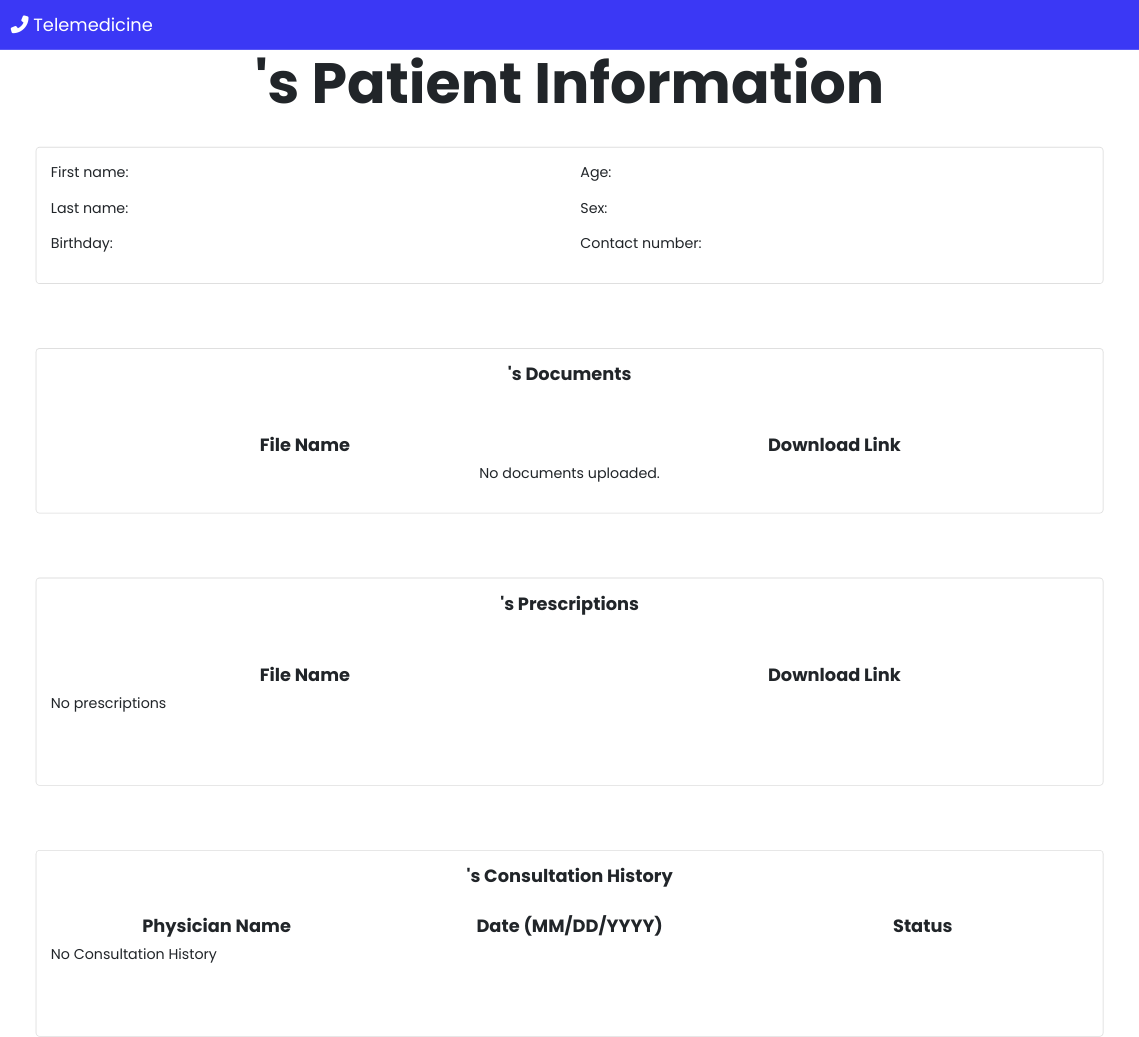
Repository: aragahan/HI-191
Page: main/templates/main/patient.html
An editor plug-in stored every save of this project. The page is shown before and after the next save, followed by the edit.
The browser window is 1280 px wide. The pictures show the whole page, at 89% of full size.
Some web libraries are served in a nearby version. The template is drawn by Django 3.2. The application's start-up code is not run. Other server files are loaded and not shown. The template is opened directly, without the code that normally fills it, so the values that code supplies are empty.

Above is the page before, as saved 2022-06-17 14:34:55.

### main/templates/main/patient.html
{% extends 'main/base.html' %}

<!DOCTYPE html>
<html lang="en" class="h-100">
    {% load crispy_forms_tags %}

<head>
    <meta charset="UTF-8">
    <meta http-equiv="X-UA-Compatible" content="IE=edge">
    <meta name="viewport" content="width=device-width, initial-scale=1.0">
    <link href="https://cdn.jsdelivr.net/npm/bootstrap@5.1.3/dist/css/bootstrap.min.css" rel="stylesheet" integrity="sha384-1BmE4kWBq78iYhFldvKuhfTAU6auU8tT94WrHftjDbrCEXSU1oBoqyl2QvZ6jIW3" crossorigin="anonymous">
    <link rel="stylesheet" href="https://cdnjs.cloudflare.com/ajax/libs/font-awesome/6.1.1/css/all.min.css" integrity="sha512-KfkfwYDsLkIlwQp6LFnl8zNdLGxu9YAA1QvwINks4PhcElQSvqcyVLLD9aMhXd13uQjoXtEKNosOWaZqXgel0g==" crossorigin="anonymous" referrerpolicy="no-referrer" />
    <title>{% block title %}{% endblock title %}</title>
</head>

<body class="h-100">
    <div class="d-flex flex-column h-100">
        {% block navbar %}
            {% include 'main/navbar.html' %}
        {% endblock navbar %}

        {% block content %}
        <div>
            <h1> {{patient.account.first_name}} {{patient.account.last_name}}'s Patient Information</h1>
            <br/>
            <div class="card rounded-3" style="width: 75rem; margin:auto;">
                <div class="card-body">
                    <div class="row">
                        <div class="col">
                            <p>First name: {{patient.account.first_name}}</p>
                        </div>

                        <div class="col">
                            <p>Age: {{patient.account.age}}</p>
                        </div>
                    </div>

                    <div class="row">
                        <div class="col">
                            <p>Last name: {{patient.account.last_name}}</p>
                        </div>

                        <div class="col">
                            <p>Sex: {{patient.account.sex}}</p>
                        </div>
                    </div>

                    <div class="row">
                        <div class="col">
                            <p>Birthday: {{patient.account.birthdate}}</p>
                        </div>

                        <div class="col">
                            <p>Contact number: {{patient.account.contact_number}}</p>
                        </div>
                    </div>
                </div>
            </div>
        </div>

        <br/>
        <br/>
        <br/>
        <div class="card rounded-3" style="width: 75rem; margin:auto;">
            <div class="card-body">
                <h5 style="text-align:center;"><b>{{patient.account.first_name}} {{patient.account.last_name}}'s Documents</b></h5>
                <br/>
                <br/>
                <div class = "row" style="text-align:center;">
                    <div class = "col">
                        <h5><b>File Name</b></h5>
                    </div>
                    <div class = "col">
                        <h5><b>Download Link</b></h5>
                    </div>
                </div>
                    {% for d in patient.documents.all %}
                    <div class = "row" style="text-align:center;">
                        <div class="col">
                            <p>{{d.file}}</p>
                        </div>
                        <div class="col">
                            <a href="{{d.file.url}}" target="_blank">Download document</a>
                        </div>
                    </div>

                    {% empty %}
                        <p style="text-align: center;"> No documents uploaded.</p>
                    {% endfor %}
            </div>
        </div>
        <br/>
        <br/>
        <br/>

        <div class="card rounded-3" style="width: 75rem; margin:auto;">
            <div class="card-body">
                <h5 style="text-align:center;"><b>{{patient.account.first_name}} {{patient.account.last_name}}'s Prescriptions</b></h5>
                <br/>
                <br/>
                <div class = "row" style="text-align:center;">
                    <div class = "col">
                        <h5><b>File Name</b></h5>
                    </div>
                    <div class = "col">
                        <h5><b>Download Link</b></h5>
                    </div>
                </div>
                    {% for p in patient.prescription.all %}
                    <div class = "row" style="text-align:center;">
                        <div class="col">
                            <p>{{p.file}}</p>
                        </div>
                        <div class="col">
                            <a href="{{p.file.url}}" target="_blank">Download prescription</a>
                        </div>
                    </div>

                    {% empty %}
                        <p> No prescriptions </p>
                    {% endfor %}
                    <br/>
                    <br/>
                {% if profile.role == "PH" %}
                    <h6> Upload Prescription </h6>
                    <form method = "POST" action = "" enctype="multipart/form-data">
                        {% csrf_token %}
                        <p> {{pform.file | as_crispy_field}} </p>
                        <input type = "Submit" value="Submit" name="pform">
                    </form>
                {% endif %}
            </div>
        </div>

        <br/>
        <br/>
        <br/>
        <div class="card rounded-3" style="width: 75rem; margin:auto;">
            <div class="card-body">
                <h5 style="text-align:center;"><b>{{patient.account.first_name}} {{patient.account.last_name}}'s Consultation History</b></h5>
                <br/>
                <div class="row" style="text-align:center;">
                    <div class="col">
                        <h5><b>Physician Name</b></h5>
                    </div>
                    <div class="col">
                        <h5><b>Date (MM/DD/YYYY)</b></h5>
                    </div>
                    <div class="col">
                        <h5><b>Status</b></h5>
                    </div>
                </div>

                {% for cr in patient.PCR.all %}
                    <div class = "row" style="text-align:center;">
                        <div class = "col">
                            {{cr.physician}}
                        </div>
                        <div class = "col">
                            {{cr.date}}
                        </div>
                         {% if cr.status == "DN" %}
                        <div class = "col">
                            <p>Done</p>
                        </div>
                        {% else %}
                        <div class = "col">
                            <p>Upcoming</p>
                        </div>
                        {% endif %}
                    </div>

                {% empty %}
                    <p> No Consultation History </p>
                {% endfor %}
                <br/>
                <br/>
                {% if profile.role == "PH" %}
                    <h6> <b> Add Consultation History </b> </h6>
                    <p>Please enter a date in the MM/DD/YYYY format.</p>
                    <form method = "POST" action = "">
                        {% csrf_token %}
                        <p>{{pcr.date | as_crispy_field}}</p>
                        <p>{{pcr.status | as_crispy_field}}</p>
                        <input type="Submit" value="Submit" name="pcr">
                    </form>
                {% endif %}
            </div>
        </div>

        {% endblock content %}
    </div>
</body>
</html>

### main/templates/main/base.html
{% load static %}
<!DOCTYPE html>
<html lang="en" class="h-100">
<head>
    <meta charset="UTF-8">
    <meta http-equiv="X-UA-Compatible" content="IE=edge">
    <meta name="viewport" content="width=device-width, initial-scale=1.0">
    <link href="https://cdn.jsdelivr.net/npm/bootstrap@5.1.3/dist/css/bootstrap.min.css" rel="stylesheet" integrity="sha384-1BmE4kWBq78iYhFldvKuhfTAU6auU8tT94WrHftjDbrCEXSU1oBoqyl2QvZ6jIW3" crossorigin="anonymous">
    <link rel="stylesheet" href="https://cdnjs.cloudflare.com/ajax/libs/font-awesome/6.1.1/css/all.min.css" integrity="sha512-KfkfwYDsLkIlwQp6LFnl8zNdLGxu9YAA1QvwINks4PhcElQSvqcyVLLD9aMhXd13uQjoXtEKNosOWaZqXgel0g==" crossorigin="anonymous" referrerpolicy="no-referrer" />

    <!-- CSS -->
    <link rel="stylesheet" href="{% static 'css/style.css' %}">

    <title>{% block title %}{% endblock title %}</title>
</head>
<body class="h-100">
    <div class="d-flex flex-column h-100">
        {% block navbar %}
            {% include 'main/navbar.html' %}
        {% endblock navbar %}
        {% block content %}{% endblock content %}
    </div>
</body>
</html>

### main/templates/main/navbar.html
<nav class="navbar navbar-expand-lg navbar-dark" style="background-color: #3b38f5;">
    <div class="container-fluid">
        <a class="navbar-brand" href="#">
        <i class="fa-solid fa-phone-flip"></i>
        Telemedicine
        </a>
        {% if not request.user.is_authenticated %}
        {% else %}
        <button class="navbar-toggler" type="button" data-bs-toggle="collapse" data-bs-target="#navbarSupportedContent"
            aria-controls="navbarSupportedContent" aria-expanded="false" aria-label="Toggle navigation">
        <span class="navbar-toggler-icon"></span>
        </button>
        <div class="collapse navbar-collapse" id="navbarSupportedContent">
			{% if request.user.role == "SA" %}
            <ul class="navbar-nav me-auto mb-2 mb-lg-0">
                <li class="nav-item">
					<a class="nav-link {% if request.resolver_match.view_name == 'account_requests' %}active{% endif %}" aria-current="page" href="{% url 'account_requests' %}">Account Requests</a>
                </li>
                <li class="nav-item">
                    <a class="nav-link {% if request.resolver_match.view_name == 'accounts' %}active{% endif %}" href="{% url 'accounts' %}">Accounts</a>
                </li>
                <li class="nav-item">
                    <a class="nav-link active" aria-current="page" href="{% url 'logout' %}"> Logout </a>
                </li>
            </ul>
			{% else %}
            <ul class="navbar-nav me-auto mb-2 mb-lg-0">
                <li class="nav-item">
                    {% if user.role == "SA" %}
                    <a class="nav-link active" aria-current="page" href="{% url 'account_requests' %}">Home</a>
                    {% elif user.role == "PH" %}
                    <a class="nav-link active" aria-current="page" href="{% url 'all_patients' %}">Home</a>
                    {% elif user.role == "PA" %}
                    <a class="nav-link active" aria-current="page" href="{% url 'all_doctors' %}">Home</a>
                    {% else %}
                    <a class="nav-link active" aria-current="page" href="#">Home</a>
                    {% endif %}
                </li>

                <li class="nav-item">
                    <a class="nav-link" href="{% url 'profile_page' %}">Profile</a>
                </li>

                <li class="nav-item dropdown">
                    <a class="nav-link dropdown-toggle" href="#" id="navbarDropdown" role="button" data-bs-toggle="dropdown"
                        aria-expanded="false">
                    Dropdown
                    </a>
                    <ul class="dropdown-menu" aria-labelledby="navbarDropdown">
                        <li><a class="dropdown-item" href="#">Action</a></li>
                        <li><a class="dropdown-item" href="#">Another action</a></li>
                        <li>
                            <hr class="dropdown-divider">
                        </li>
                        <li><a class="dropdown-item" href="#">Something else here</a></li>
                    </ul>
                </li>
                <li class="nav-item">
                    <a class="nav-link disabled">Disabled</a>
                </li>
                <li class="nav-item">
                    <a class="nav-link active" aria-current="page" href="{% url 'logout' %}"> Logout </a>
                </li>
            </ul>
			{% endif %}
        </div>
    </div>
    {% endif %}
</nav>

### main/static/css/style.css
/* Poppins Font
font-family: 'Poppins'
*/

@import url('https://fonts.googleapis.com/css?family=Poppins:ital,wght@0,300;0,400;0,700;0,900;1,300;1,700;1,900&display=swap');

:root {
    /*--upmaroon: #7B1113;*/
    --blue: #3b38f5;
}

html {
    scroll-behavior: smooth;
}


body {
    font-family: 'Poppins';
}

h1 {
    font-size: 64px;
    font-weight: bold;
    text-align: center;
}

h2 {
    font-size: 40.32px;
}

h3 {
    font-size: 25.4px; font-weight: bold;
}

p {
    font-size: 16px;
}

table {
font-family: arial, sans-serif;
border-collapse: collapse;
width: 100%;
}

td, th {
border: 1px solid #dddddd;
text-align: left;
padding: 8px;
}

tr:nth-child(even) {
background-color: #dddddd;
}

After the next save:
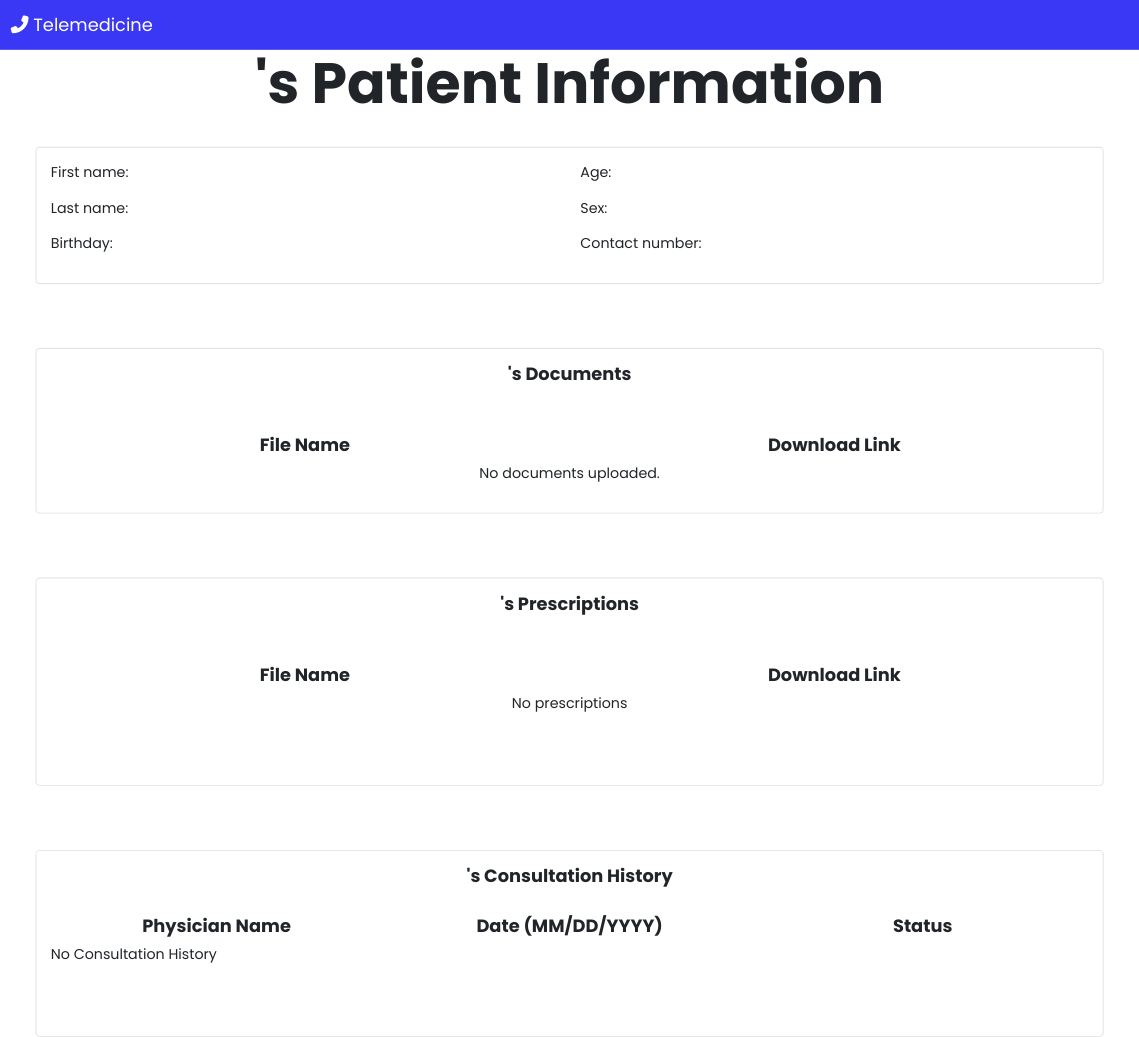
Saved 16 s later.
--- a/main/templates/main/patient.html
+++ b/main/templates/main/patient.html
@@ -117,7 +117,7 @@
                     </div>
 
                     {% empty %}
-                        <p> No prescriptions </p>
+                        <p style="text-align: center;"> No prescriptions </p>
                     {% endfor %}
                     <br/>
                     <br/>
